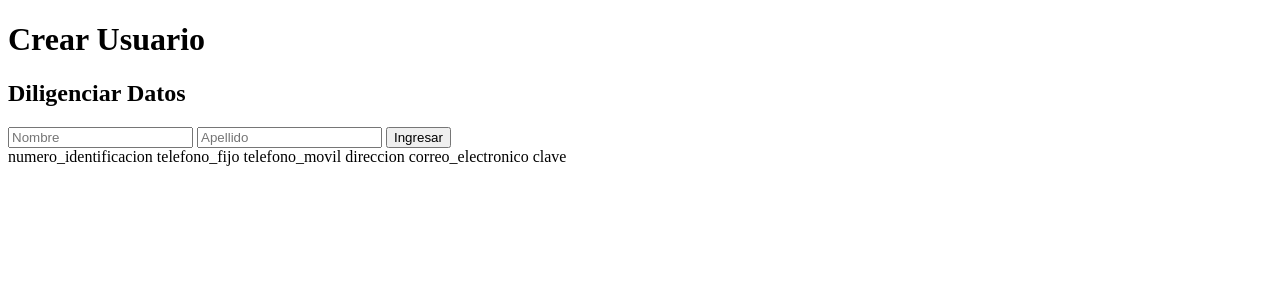
Repository: DA5CH25/kohaku_php
Page: http://localhost/kohaku_php/views/modules/ingresar.php
These files come from the project's save history. The page is drawn as it stood at one moment and after the next save; the edit follows.
The browser window is 1280 px wide. The pictures show the whole page.
The page is run by PHP 8.4 with error messages shown; the project is at /var/www/html/.

Above is the page before, as saved 2021-04-26 15:08:45.

After the next save:
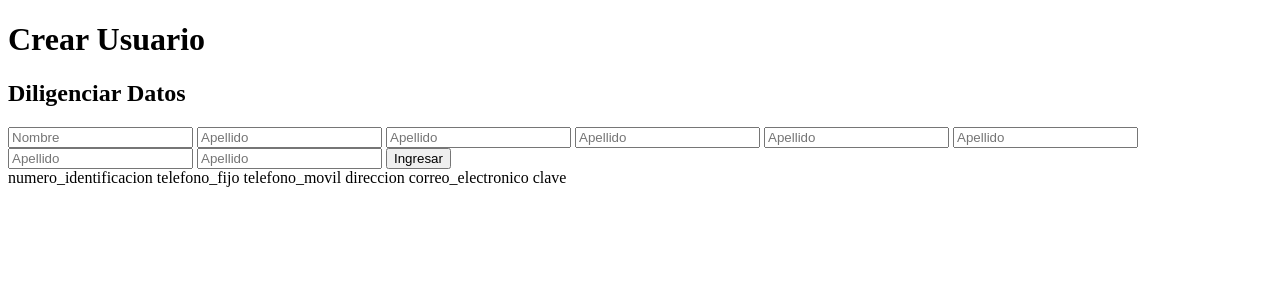
Saved 5 s later.
--- a/views/modules/ingresar.php
+++ b/views/modules/ingresar.php
@@ -13,7 +13,12 @@
 	<form action="../controllers/Roles.controlador.php?a=ingr" method="POST">
 		<input name="nombre" placeholder="Nombre" />
 		<input name="apellido" placeholder="Apellido" />
-
+		<input name="apellido" placeholder="Apellido" />
+		<input name="apellido" placeholder="Apellido" />
+		<input name="apellido" placeholder="Apellido" />
+		<input name="apellido" placeholder="Apellido" />
+		<input name="apellido" placeholder="Apellido" />
+		<input name="apellido" placeholder="Apellido" />
 		<input type="submit" value="Ingresar" />
 	</form>
 </body>
